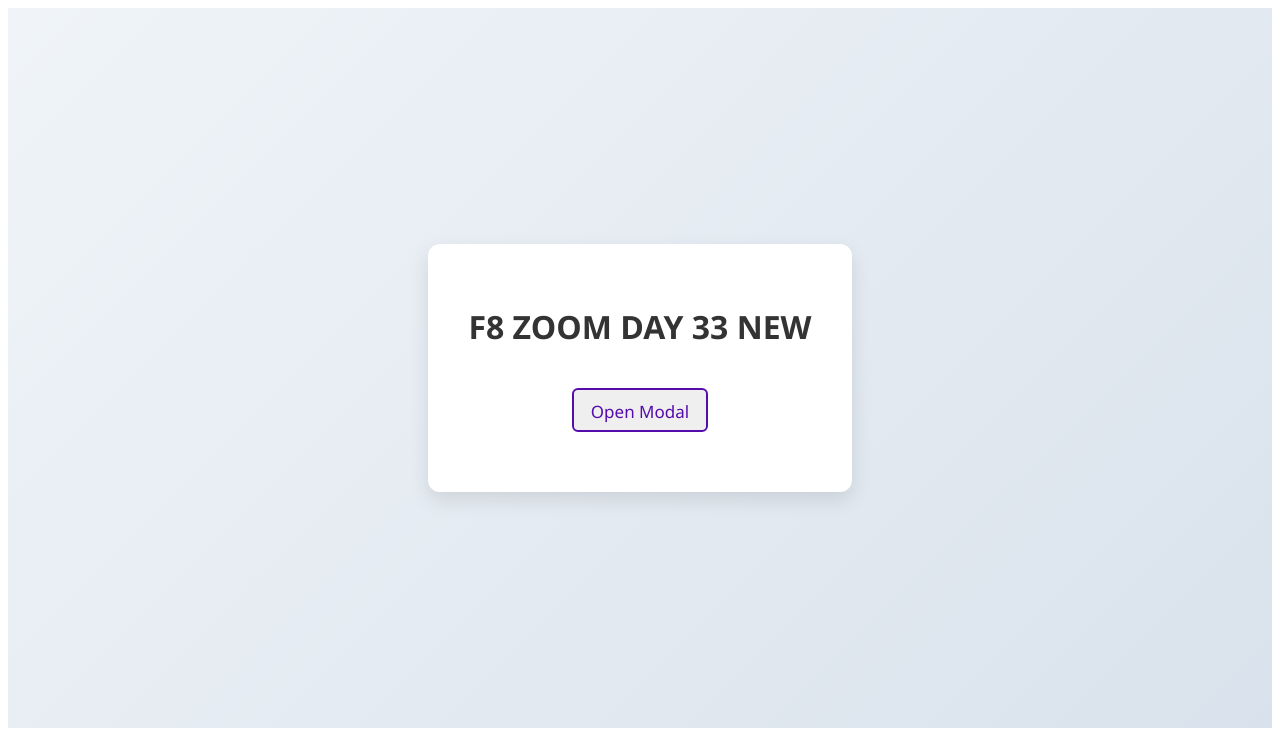
Repository: lannguyen1301/f8-zoom-day-33-new
Page: index.html
An editor plug-in stored every save of this project. The page is shown before and after the next save, followed by the edit.
The browser window is 1280 px wide. The pictures show the whole page.

Above is the page before, as saved 2025-08-06 01:34:24.

### index.html
<!DOCTYPE html>
<html lang="en">

<head>
    <meta charset="UTF-8">
    <meta name="viewport" content="width=device-width, initial-scale=1.0">
    <title>F8 ZOOM DAY 33 NEW</title>
    <link rel="stylesheet" href="./assets/css/style.css">
</head>

<body>
    <div class="main">
        <div class="card">
            <h1 class="title">F8 ZOOM DAY 33 NEW</h1>
            <button id="open-modal">Open Modal</button>
        </div>
    </div>

    <!-- App Modal -->
    <app-modal hidden>
        <div slot="header">
            <span>x</span>
            <h1 id="heading">F8 ZOOM DAY 33 Components</h1>
        </div>
        <div slot="content">
            <p>Lorem ipsum dolor sit amet consectetur adipisicing elit. Possimus, totam.</p>
            <p>Lorem ipsum, dolor sit amet consectetur adipisicing elit. Praesentium voluptas veniam ea in magni
                temporibus.
            </p>
            <p>Lorem, ipsum dolor sit amet consectetur adipisicing elit. Sapiente aspernatur quod suscipit? Voluptas
                quae ea
                dolorem vero. Omnis, eius soluta!</p>
        </div>

        <div slot="footer">
            <button id="close-btn">Cancel</button>
            <button>Confirm</button>
        </div>
    </app-modal>

    <!-- App Modal Template -->
    <template id="app-modal-tpl">
        <!-- thêm css Externals  -->
        <link rel="stylesheet" href="./style.css">

        <!-- Thêm CSS Internals -->
        <style>
            * {
                padding: 0;
                margin: 0;
                box-sizing: border-box;
            }

            :host {
                --app-modal-heading-color: green;
                --app-modal-padding: 60px
                    /* màu mặc định đang là màu đỏ */
            }

            .modal {
                position: fixed;
                inset: 0;
                display: flex;
                align-items: center;
                justify-content: center;
                flex-direction: column;
                background: rgba(0, 0, 0, 0.6);
            }

            .inner {
                min-width: 350px;
                padding: var(--app-modal-padding, 20px);
                border-radius: 10px;
                background: #fff;
                position: relative;
                /*  */

            }

            #heading {
                color: var(--app-modal-heading-color, red);
            }

            .modal span {
                width: 50px;
                height: 50px;
                font-size: 2rem;
                text-align: center;
                background: #ccc;
                margin: 0;
                position: absolute;
                border-radius: 50%;
            }
        </style>
        <div class="modal">
            <div class="inner">
                <div class="header">
                    <slot name="header"></slot>
                </div>
                <div class="content">
                    <slot name="content"></slot>
                    <h1 id="heading"></h1>
                </div>
                <div class="footer">
                    <slot name="footer"></slot>
                </div>
            </div>
        </div>
    </template>
    <script type="module" src="./main.js"></script>
</body>

</html>

### assets/css/style.css
.main {
    margin: 0;
    height: 100vh;
    display: flex;
    justify-content: center;
    align-items: center;
    background: linear-gradient(135deg, #f0f4f8, #d9e2ec);
    font-family: "Segoe UI", sans-serif;
}

.card {
    background: white;
    padding: 40px;
    border-radius: 12px;
    box-shadow: 0 8px 20px rgba(0, 0, 0, 0.1);
    text-align: center;
    max-width: 400px;
}

.card h1 {
    margin-bottom: 20px;
    color: #333;
}

/* From Uiverse.io by cssbuttons-io */
button {
    --color: #560bad;
    font-family: inherit;
    display: inline-block;
    width: 8em;
    height: 2.6em;
    line-height: 2.5em;
    margin: 20px;
    position: relative;
    cursor: pointer;
    overflow: hidden;
    border: 2px solid var(--color);
    transition: color 0.5s;
    z-index: 0;
    font-size: 17px;
    border-radius: 6px;
    font-weight: 500;
    color: var(--color);
}

button:before {
    content: "";
    position: absolute;
    z-index: -1;
    background: var(--color);
    height: 150px;
    width: 200px;
    border-radius: 50%;
}

button:hover {
    color: #fff;
}

button:before {
    top: 100%;
    left: 100%;
    transition: all 0.7s;
}

button:hover:before {
    top: -30px;
    left: -30px;
}

button:active:before {
    background: #3a0ca3;
    transition: background 0s;
}

### main.js
import "./Components/app-modal.js";

// Open Modal
const openModalBtn = document.querySelector("#open-modal");
const appModal = document.querySelector("app-modal");

appModal.addEventListener("open", () => {
    // code...
    // alert("Da duoc mo");
});

appModal.addEventListener("close", () => {
    // code...
    // alert("Da dong");
});

openModalBtn.addEventListener("click", () => {
    appModal.open();
});

### Components/app-modal.js
class AppModal extends HTMLElement {
    constructor() {
        super();
        this.attachShadow({ mode: "open" });
    }

    connectedCallback() {
        // cách 1
        // this.removeAttribute("hidden");

        // cách 2
        this.hidden = false;
    }

    open() {
        // Append Template
        const template = document.querySelector("#app-modal-tpl");
        const templateContent = template.content.cloneNode(true);
        this.shadowRoot.appendChild(templateContent);

        // this.addEventListener("click", () => {
        //     this.close();
        // });

        // Set heading
        // const heading = this.shadowRoot.querySelector("#heading");
        // heading.textContent = this.getAttribute("heading");
        this.dispatchEvent(new CustomEvent("open"));
        // heading nằm ở <app-modal id="" heading="Modal 1"></app-modal>

        this.shadowRoot.addEventListener("click", (e) => {
            if (e.target.closest("#close-btn")) {
                this.close();
            }
        });
    }
    close() {
        this.shadowRoot.innerHTML = "";

        this.dispatchEvent(new CustomEvent("close"));
    }
}

// gọi hàm
customElements.define("app-modal", AppModal);

After the next save:
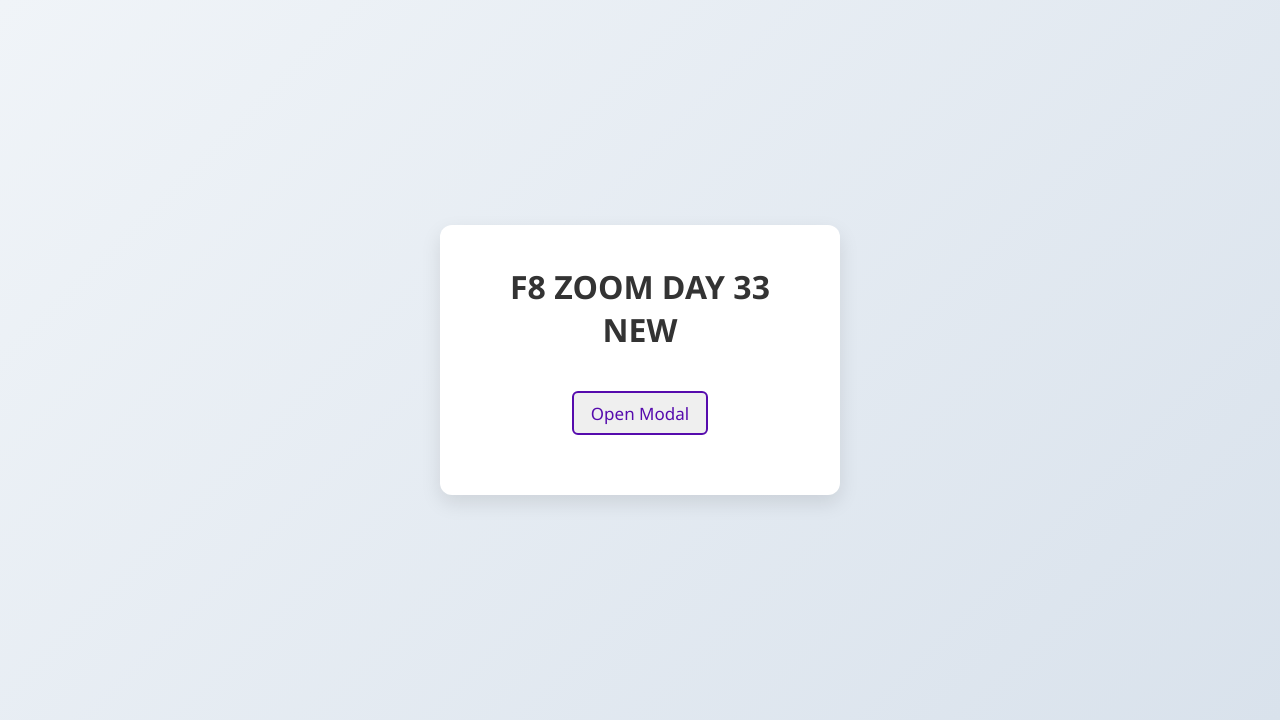
Saved 2 min 5 s later.
--- a/index.html
+++ b/index.html
@@ -6,6 +6,54 @@
     <meta name="viewport" content="width=device-width, initial-scale=1.0">
     <title>F8 ZOOM DAY 33 NEW</title>
     <link rel="stylesheet" href="./assets/css/style.css">
+    <style>
+        * {
+            padding: 0;
+            margin: 0;
+            box-sizing: border-box;
+        }
+
+        :host {
+            --app-modal-heading-color: green;
+            --app-modal-padding: 60px
+                /* màu mặc định đang là màu đỏ */
+        }
+
+        .modal {
+            position: fixed;
+            inset: 0;
+            display: flex;
+            align-items: center;
+            justify-content: center;
+            flex-direction: column;
+            background: rgba(0, 0, 0, 0.6);
+        }
+
+        .inner {
+            min-width: 350px;
+            padding: var(--app-modal-padding, 20px);
+            border-radius: 10px;
+            background: #fff;
+            position: relative;
+            /*  */
+
+        }
+
+        #heading {
+            color: var(--app-modal-heading-color, red);
+        }
+
+        .modal span {
+            width: 50px;
+            height: 50px;
+            font-size: 2rem;
+            text-align: center;
+            background: #ccc;
+            margin: 0;
+            position: absolute;
+            border-radius: 50%;
+        }
+    </style>
 </head>
 
 <body>

After the save that followed:
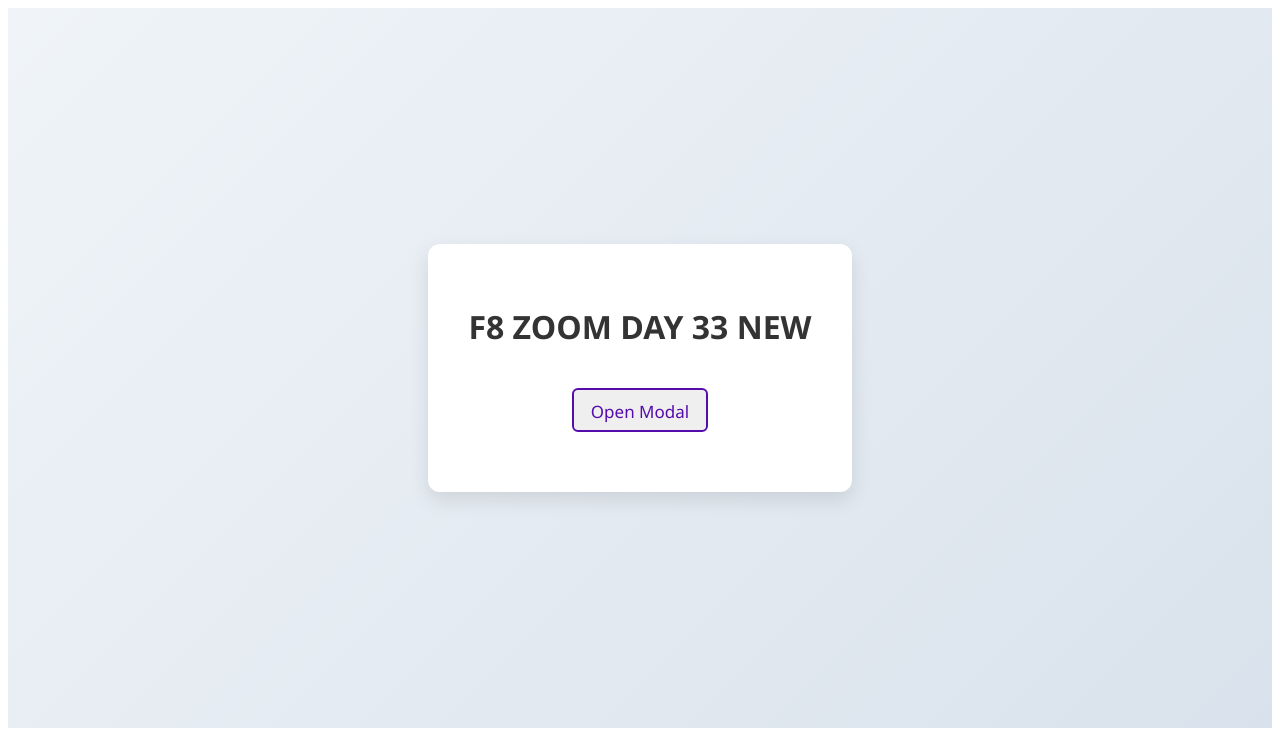
Saved 28 s later.
--- a/index.html
+++ b/index.html
@@ -6,54 +6,7 @@
     <meta name="viewport" content="width=device-width, initial-scale=1.0">
     <title>F8 ZOOM DAY 33 NEW</title>
     <link rel="stylesheet" href="./assets/css/style.css">
-    <style>
-        * {
-            padding: 0;
-            margin: 0;
-            box-sizing: border-box;
-        }
 
-        :host {
-            --app-modal-heading-color: green;
-            --app-modal-padding: 60px
-                /* màu mặc định đang là màu đỏ */
-        }
-
-        .modal {
-            position: fixed;
-            inset: 0;
-            display: flex;
-            align-items: center;
-            justify-content: center;
-            flex-direction: column;
-            background: rgba(0, 0, 0, 0.6);
-        }
-
-        .inner {
-            min-width: 350px;
-            padding: var(--app-modal-padding, 20px);
-            border-radius: 10px;
-            background: #fff;
-            position: relative;
-            /*  */
-
-        }
-
-        #heading {
-            color: var(--app-modal-heading-color, red);
-        }
-
-        .modal span {
-            width: 50px;
-            height: 50px;
-            font-size: 2rem;
-            text-align: center;
-            background: #ccc;
-            margin: 0;
-            position: absolute;
-            border-radius: 50%;
-        }
-    </style>
 </head>
 
 <body>
